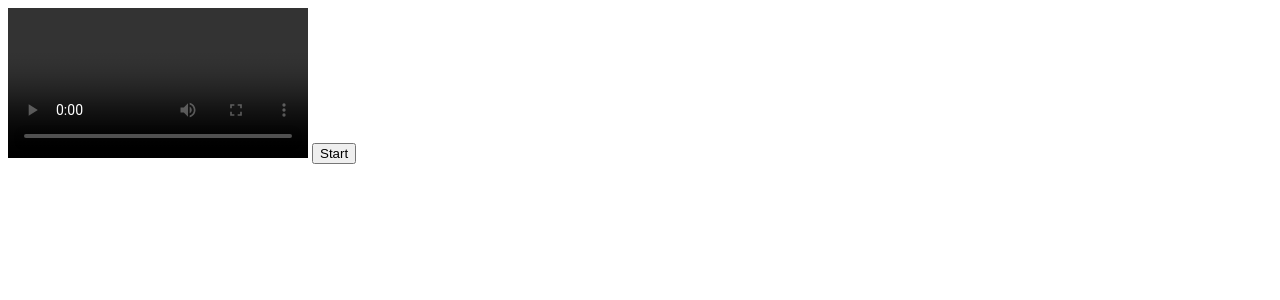
Repository: Priyanshubhartistm/webDev
Page: CSS Que and camera App/Camera/index.html
These files come from the project's save history. The page is drawn as it stood at one moment and after the next save; the edit follows.
The browser window is 1280 px wide. The pictures show the whole page.

Above is the page before, as saved 2021-06-10 19:57:50.

### CSS Que and camera App/Camera/index.html
<!DOCTYPE html>
<html lang="en">
<head>
    <meta charset="UTF-8">
    <meta http-equiv="X-UA-Compatible" content="IE=edge">
    <meta name="viewport" content="width=device-width, initial-scale=1.0">
    <title>Document</title>
</head>
<body>
    <video controls autoplay></video>

    <button id="start"> Start </button>
    <script>

    // Video and Audio permission allow && media Devices Access
    let video = document.querySelector("video");
     navigator.mediaDevices
     .getUserMedia({video: true, audio: true})
     .then (function(mediaStream){
         video.srcObject= mediaStream;
     })
     .catch(function(err){
         console.log(err);
     });




    </script>
</body>
</html>

After the next save:
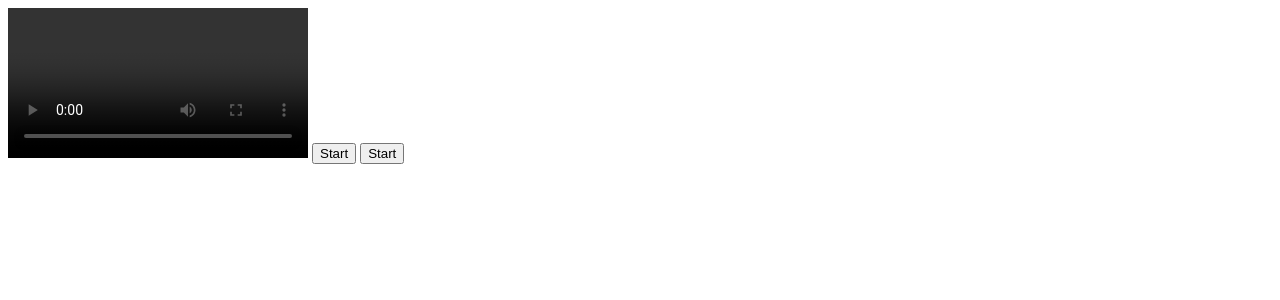
Saved 26 s later.
--- a/CSS Que and camera App/Camera/index.html
+++ b/CSS Que and camera App/Camera/index.html
@@ -9,6 +9,7 @@
 <body>
     <video controls autoplay></video>
 
+    <button id="start"> Start </button>
     <button id="start"> Start </button>
     <script>
 
